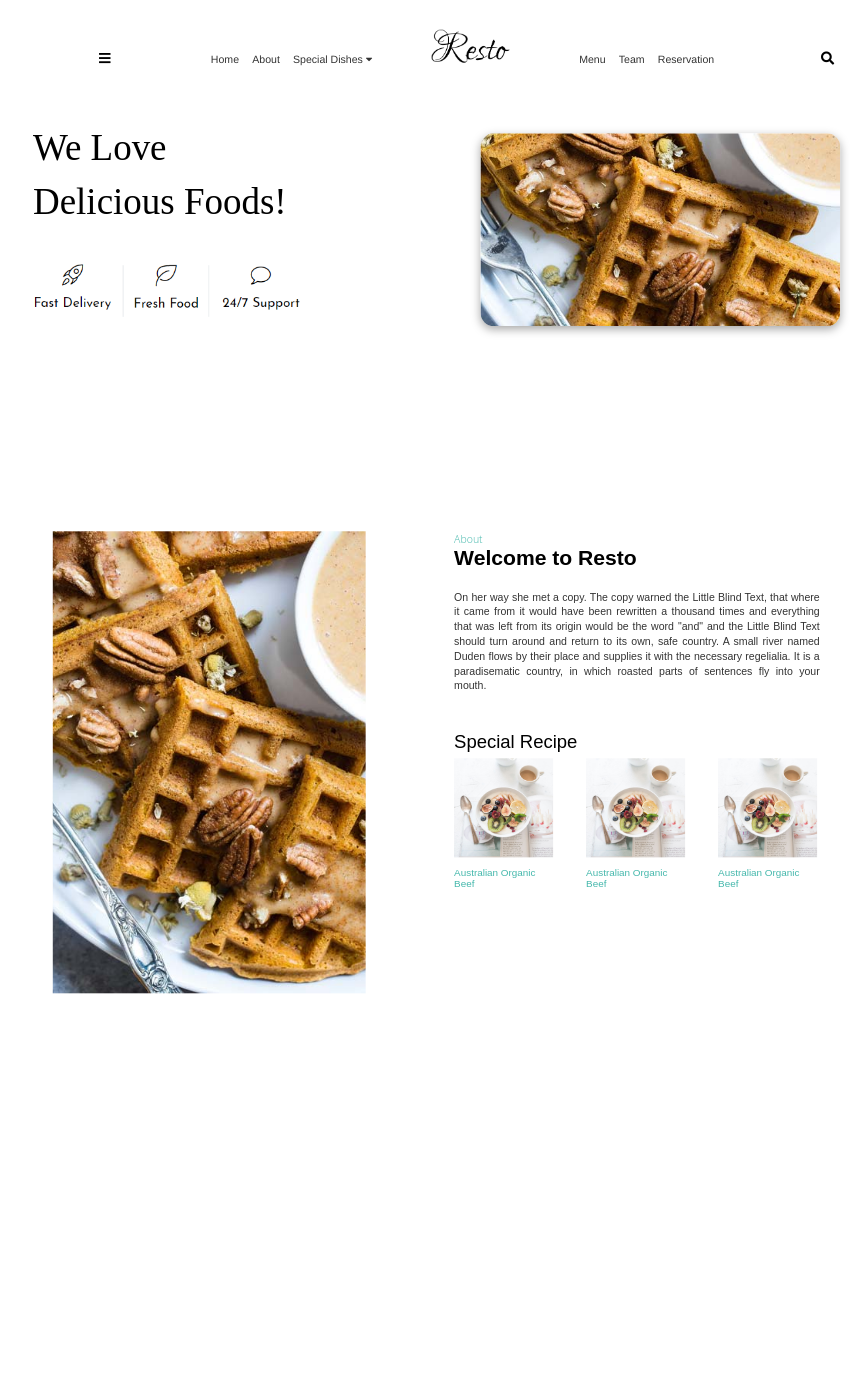
Repository: nguyenanhtuanHDU/myrestaurant
Page: index.html
The author's editor kept a copy of each file at every save. The page is drawn from the files as they stood at one save, then again after the next save.
The browser window is 1280 px wide. The page is 1288 px wide, so the pictures cover 1288 px, including what lies to the right of the window. The pictures show the whole page, at 66% of full size.

Above is the page before, as saved 2022-02-01 02:13:20.

### index.html
<!DOCTYPE html>
<html lang="en">
<head>
    <meta charset="UTF-8">
    <meta http-equiv="X-UA-Compatible" content="IE=edge">
    <meta name="viewport" content="width=device-width, initial-scale=1.0">
    <link rel="stylesheet" href="./assets/style.css">
    <link rel="stylesheet" href="./assets/icon/fontawesome-free-5.15.4-web/css/all.css">
    <link rel="stylesheet" href="./assets/main.js">
    <link rel="stylesheet" href="./aos/aos.css">
    <title>Resto</title>

</head>
<body>
    <div id="main">
        <div id="header">

            <i class="fas fa-bars" ></i>

            <ul id="nav_1" >
                <li><a href="">Home</a></li>
                <li><a href="">About</a></li>
                <li>
                <a href="">
                    Special Dishes
                    <i class="fas fa-caret-down"></i>
                </a>
                <ul class="subnav_1">
                    <li><a href="">
                        <i class="fas fa-angle-right"></i>
                        Beef Steak Sauce
                    </a></li>
                    <li><a href="">
                        <i class="fas fa-angle-right"></i>
                        Salmon Zucchini
                    </a></li>
                </ul>
                </li>
            </ul>

            <img src="./assets/image/logo.png" alt="" class="img_header" >

            <div id="nav_2">
                <ul>
                    <li><a href="">Menu</a></li>
                    <li><a href="">Team</a></li>
                    <li><a href="">Reservation</a></li>
                </ul>
            </div>

            <i class="fas fa-search"></i>

        </div>

        <div id="introduce">

            <div class="content">
                <h1 class="content_heading1">We Love</h1>
                <h1 class="content_heading2">Delicious Foods!</h1>
                <div class="list_content">
                    <img src="/assets/image/Content/1.png" alt="" class="img_content">
                    <img src="/assets/image/Content/2.png" alt="" class="img_content">
                    <img src="/assets/image/Content/3.png" alt="" class="img_content">

                </div>

                <div class="slider_dish">
                    <img class="img_dish" src="./assets/image/hero-1.jpg" >
                    <img class="img_dish" src="./assets/image/hero-2.jpg" >
                    <img class="img_dish" src="./assets/image/hero-3.jpg" >
                </div>
            </div>



            <div class="about">
                <img src="./assets/image/hero-2.jpg" alt="" class="img_about">
                <div class="about_content">
                    <div class="about_heading">About</div>
                    <div class="about_title">Welcome to Resto </div>
                    <div class="content_para">On her way she met a copy. The copy warned the Little Blind Text, that where it came from it would have been rewritten a thousand times and everything that was left from its origin would be the word "and" and the Little Blind Text should turn around and return to its own, safe country. A small river named Duden flows by their place and supplies it with the necessary regelialia. It is a paradisematic country, in which roasted parts of sentences fly into your mouth.

                    </div>

                    <div class="about_dish">
                        <div class="dish_title">Special Recipe </div>
                        <div class="list_dish">
                            <div class="dish_items">
                                <img src="./assets/image/hero-1.jpg" alt="" class="dish_img">
                                <div class="dish_name">Australian Organic Beef</div>
                            </div>
                            <div class="dish_items">
                                <img src="./assets/image/hero-1.jpg" alt="" class="dish_img">
                                <div class="dish_name">Australian Organic Beef</div>
                            </div>
                            <div class="dish_items">
                                <img src="./assets/image/hero-1.jpg" alt="" class="dish_img">
                                <div class="dish_name">Australian Organic Beef</div>
                            </div>

                        </div>
                    </div>
                </div>
            </div>
        </div>

        <div id="special">

        </div>

        <div id="menu">

        </div>

        <div id="team">

        </div>

        <div id="book">

        </div>

        <div id="footer">

        </div>
    </div>


    <script src="./assets/main.js">

    </script>
    <script src="./aos/aos.js">
        AOS.init();

    </script>


</body>
</html>

### assets/style.css
*{
    margin: 0;
    padding: 0;
    box-sizing: border-box;
}

#header{

    margin-top: 45px;
    margin-left: 150px;
}
#header .fa-bars:hover{
    color: #45b8ac;
    cursor: pointer;
    transform: rotate(360deg);
    transition: .6s ease;
}
#header .fa-bars{
    display: inline-block;
    margin-right: 140px;
    font-size: 20px;
}
#header .fa-search{
    font-size: 20px;
    margin-left: 150px;
}
#header .fa-search:hover{
    color: #45b8ac;
    cursor: pointer;
    font-size: 30px;
    transition: 0.4s ease;
}
#nav_1{
    display: inline-block;

}
#nav_1 > li {
    display: inline-block;
    position: relative;
}
#nav > li:hover{
    display: block;
}

#nav_1 > li > a {
    position: relative;
    font-family: Helvetica, Arial, sans-serif;
    opacity: 0.8;
    display: block;
    color: black;
    text-decoration: none;
    padding: 6px 8px;
}
#nav_1 > li > a:before {
    content: '';
    position: absolute;
    bottom: 0;
    left: 0;
    background-color: #45b8ac;
    height: 3px;
    width: 0%;
    transition: 0.6s ease ;
}
#nav_1 > li > a:hover:before {
    width: 100%;
}
#nav_1 li:hover .subnav_1{
    display: block;
    animation: subnav-1 1s ease ;
}
@keyframes subnav-1{
    0%{
        opacity: 0;
        left: 100px;
    }
    50%{
        left: -20px;
    }
    100%{
        left: 0;
    }

}
.subnav_1{
    position: absolute;
    top: 30px;
    opacity: 1;
    width: 162px;
    display: none;
    z-index: 2;
    overflow: hidden;
    border-top-right-radius: 19px;
    border-bottom-right-radius: 19px;
    box-shadow: rgba(0, 0, 0, 0.35) 0px 5px 15px;
}
.subnav_1 li{
    display: block;
}
.subnav_1 li a:hover{
    background-color: #45b8ac;
    color: white;
}
.subnav_1 li a{
    position: relative;
    font-family: Helvetica, Arial, sans-serif;
    opacity: 0.8;
    color: black;
    text-decoration: none;
    padding: 6px 8px;
    display: block;
}
.subnav_1 li a:before{
    content: '';
    position: absolute;
    top: 0;
    left: 0;
    background-color: #45b8ac;
    height: 100%;
    width: 0%;
    z-index: -1;
}
.subnav_1 li a:hover:before{
    color: white;
}



.img_header{
    width: 117.25px;
    height: 50px;
    margin-left: 78px;
    margin-right: 94px;
}
#nav_2{
    display: inline-block;
}
#nav_2 li {
    display: inline-block;
}

#nav_2 li a {
    position: relative;
    text-decoration: none;
    color: black;
    font-family: Helvetica, Arial, sans-serif;
    opacity: 0.8;
    padding: 6px 8px;
}
#nav_2 li a:before {
    content: '';
    position: absolute;
    bottom: 0;
    left: 0;
    background-color: #45b8ac;
    height: 3px;
    width: 0%;
    transition: 0.6s ease;
}
#nav_2 li a:hover:before {
    width: 100%;
}
#introduce{
    position: relative;
    height: 2000px;
}
.content{
    position: absolute;
    top: 86px;
    left: 50px;
}
.content_heading1{
    font-size: 3.5rem;
    font-weight: 300;
    line-height: 1.2;
}
.content_heading2{
    font-size: 3.5rem;
    font-weight: 300;
    line-height: 1.2;
    padding-top: 14px;
    padding-bottom: 59px;
}
.slider_dish{

}
.img_dish{
    position: absolute;
    width: 545px;
    height: 292px;
    object-fit: cover;
    top: 11px;
    left: 167%;
    box-shadow: rgba(0, 0, 0, 0.35) 0px 5px 15px;
    border-radius: 20px;
}
.about{
    position: absolute;
    top: 700px;
}
.img_about{
    width: 474px;
    height: 700px;
    object-fit: cover;
    margin-left: 80px;
}
.about_content{
    position: absolute;
    top: 0;
    left: 43em;
    width: 100%;
}
.about_heading{
    color: #45b8ac;
    font-family: 'Open Sans',sans-serif;
    font-weight: 300;
}
.about_title{
    font-family: 'Josefin Sans',sans-serif;
    font-weight: 700;
    font-size: 32px;
    margin-bottom: 30px;
}
.content_para{
    font-family: 'Josefin Sans',sans-serif;
    text-align: justify;
    opacity: 0.8;
    line-height: 1.4;
    margin-bottom: 58px;
}
.about_dish{
    position: absolute;
}
.list_dish{
    display: flex;
}
.dish_items{
    margin-right: 50px;
}
.dish_title{
    font-family: 'Josefin Sans',sans-serif;
    font-weight: 400;
    font-size: 28px;
    margin-bottom: 8px;
}
.dish_img{
    width: 150px;
    height: 150px;
}
.dish_name{
    font-family: 'Josefin Sans',sans-serif;
    font-weight: 400;
    margin-top: 10px;
    font-size: 15px;
    color: #45b8ac;

}

### assets/main.js

var myIndex = 0;
        carousel();

        function carousel() {
          var i;
          var x = document.getElementsByClassName("img_dish");
          for (i = 0; i < x.length; i++) {
            x[i].style.display = "none";
          }
          myIndex++;
          if (myIndex > x.length) {myIndex = 1}
          x[myIndex-1].style.display = "block";
          setTimeout(carousel, 3000);
        }

Loaded but not shown: assets/icon/fontawesome-free-5.15.4-web/css/all.css (library); aos/aos.css (library); aos/aos.js (library)

After the next save:
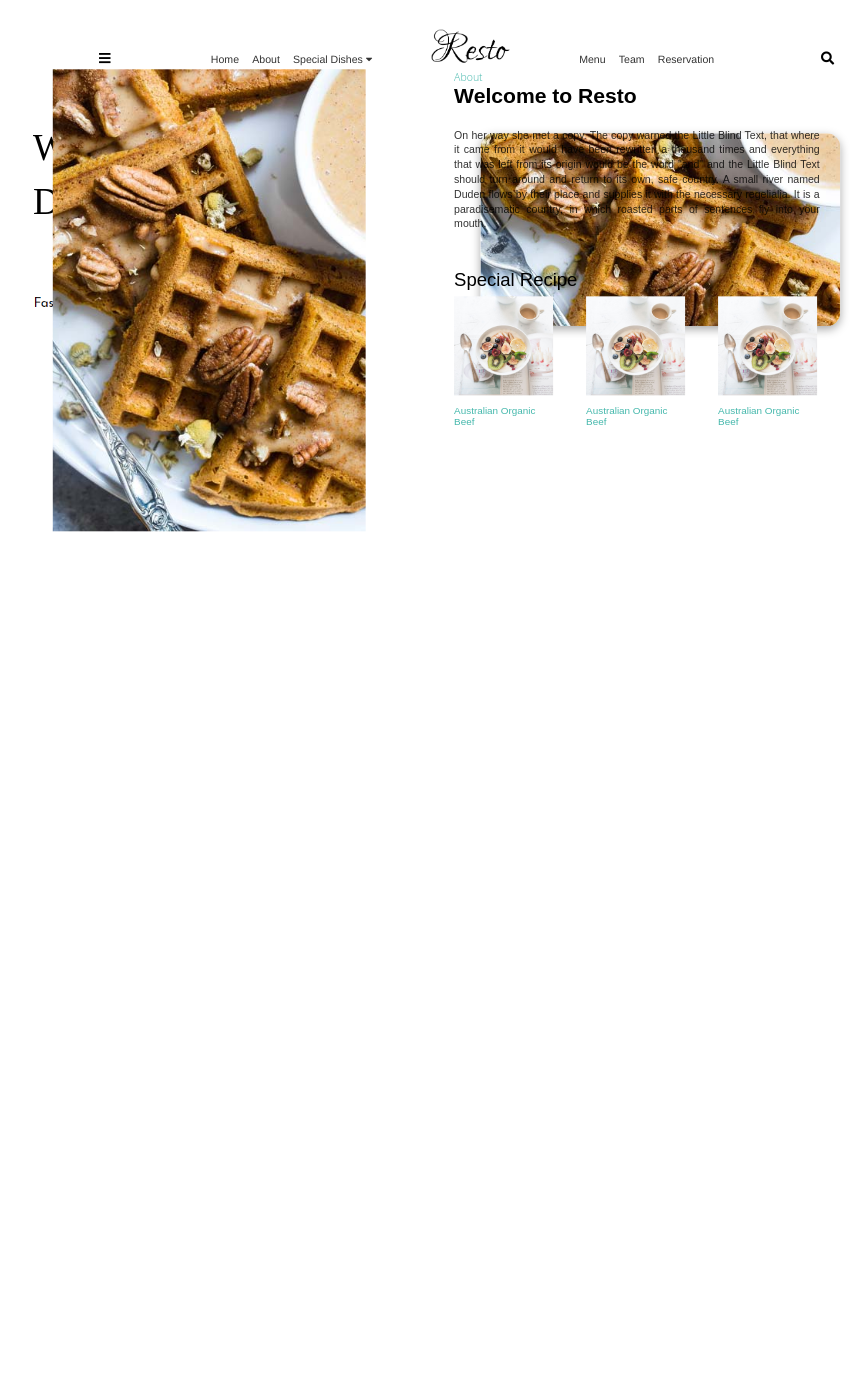
Saved 89 s later.
--- a/assets/style.css
+++ b/assets/style.css
@@ -195,7 +195,7 @@
 }
 .about{
     position: absolute;
-    top: 700px;
+    ma
 }
 .img_about{
     width: 474px;
